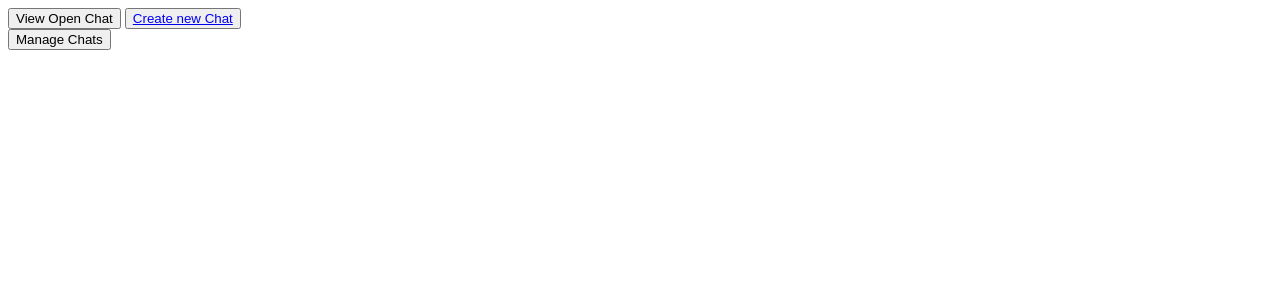
Repository: JamesArul/CLBSiteSTMT
Page: StudentsMeetFrontEnd/WebContent/Chat/ChatHome.html
The author's editor kept a copy of each file at every save. The page is drawn from the files as they stood at one save, then again after the next save.
The browser window is 1280 px wide. The pictures show the whole page.

Above is the page before, as saved 2017-06-12 06:56:30.

### StudentsMeetFrontEnd/WebContent/Chat/ChatHome.html
<div ng-include="'Common/CommonHeader.html'"></div>
<div ng-controller="ChatController as ctrl">
<button class="btn btn-success" ng-click="ctrl.getAllAvailableChat()">View Open Chat</button>
<button class="btn btn-success" ng-click=""><a href="#!/goChaCreate">Create new Chat</a></button>
<div ng-if="isAdmin">
  <button type="button" class="btn btn-success" ng-click="ctrl.manageChat()">Manage Chats</button>
</div>
</div>

After the next save:
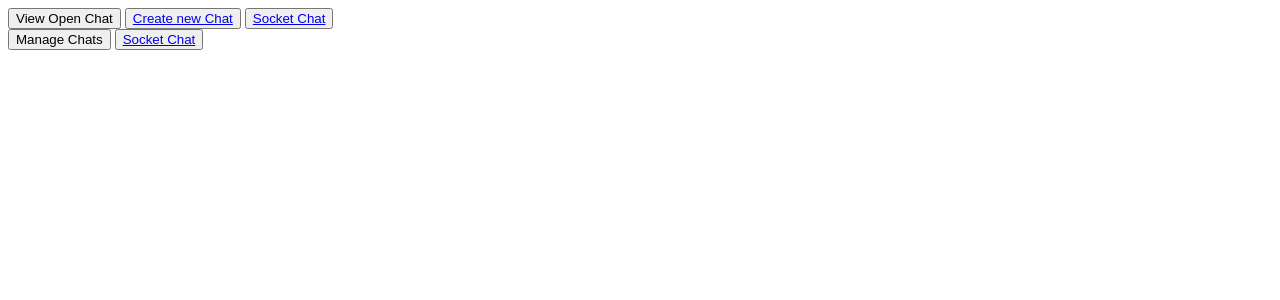
Saved 63 s later.
--- a/StudentsMeetFrontEnd/WebContent/Chat/ChatHome.html
+++ b/StudentsMeetFrontEnd/WebContent/Chat/ChatHome.html
@@ -2,7 +2,9 @@
 <div ng-controller="ChatController as ctrl">
 <button class="btn btn-success" ng-click="ctrl.getAllAvailableChat()">View Open Chat</button>
 <button class="btn btn-success" ng-click=""><a href="#!/goChaCreate">Create new Chat</a></button>
+<button class="btn btn-success" ng-click=""><a href="#!/goChaCreate">Socket Chat</a></button>
 <div ng-if="isAdmin">
   <button type="button" class="btn btn-success" ng-click="ctrl.manageChat()">Manage Chats</button>
+  <button class="btn btn-success" ng-click=""><a href="#!/goChaCreate">Socket Chat</a></button>
 </div>
 </div>
